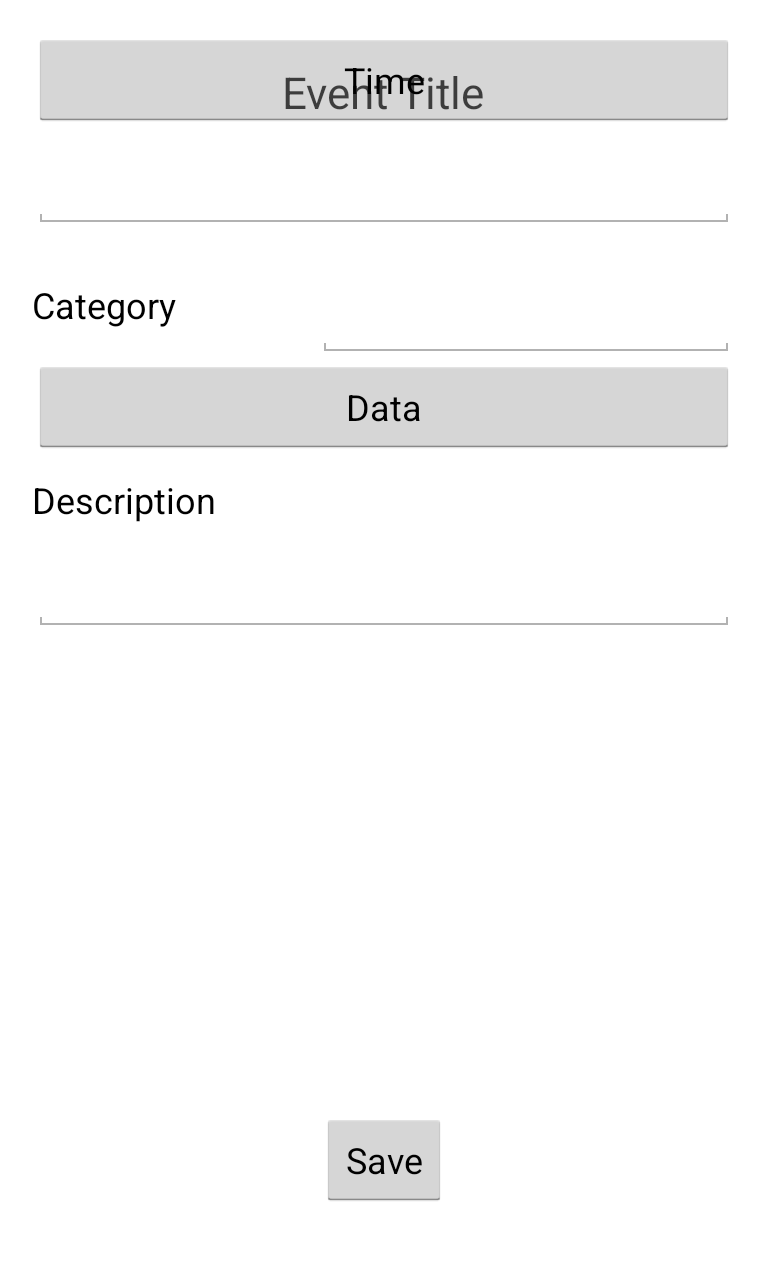
Repository: ctc8631/Android-dev
Layout: WorkDone/res/layout/activity_main.xml
An editor plug-in stored every save of this project. The layout is shown before and after the next save, followed by the edit.
It is drawn on a 768 x 1280 px phone screen (xhdpi) without system bars, with theme AppTheme; the app's code is not run.

Above is the layout before, as saved 2013-09-11 13:12:38.

After the next save:
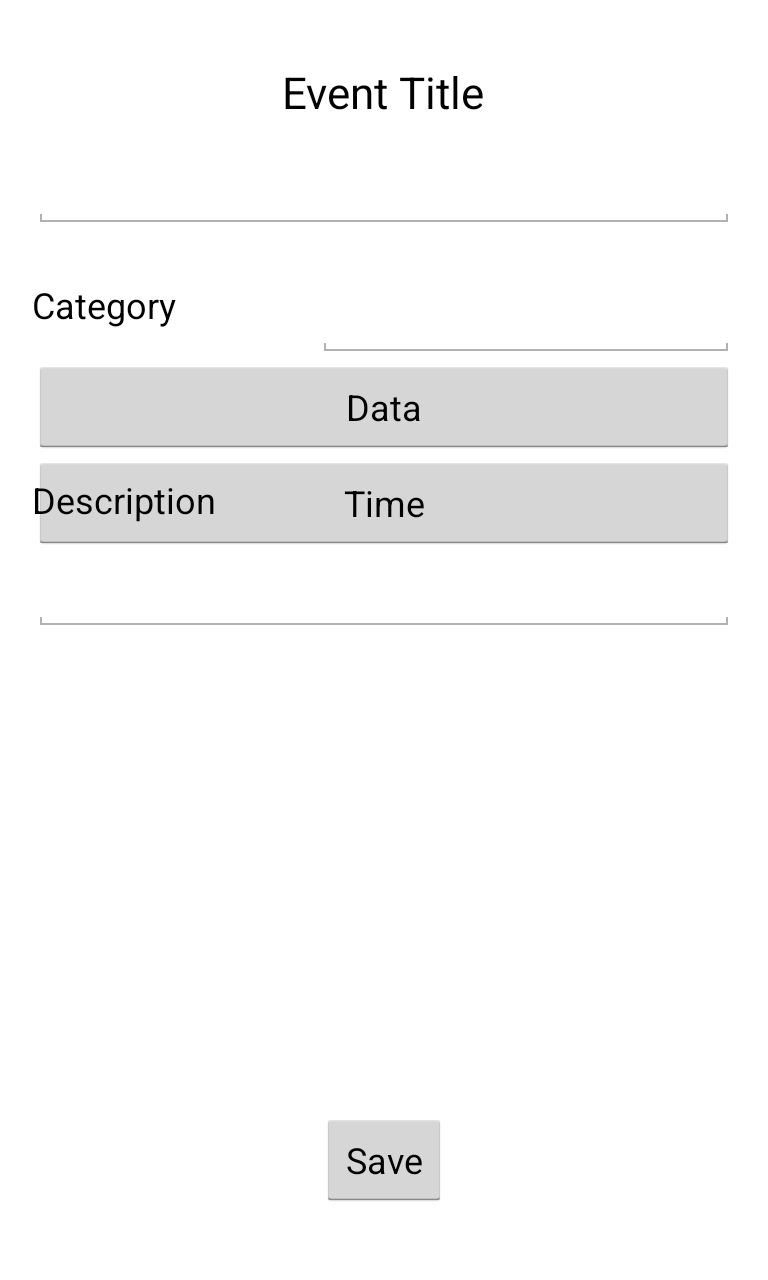
Saved 47 s later.
--- a/WorkDone/res/layout/activity_main.xml
+++ b/WorkDone/res/layout/activity_main.xml
@@ -62,7 +62,7 @@
 	    android:id="@+id/time"
 	    android:layout_width="fill_parent"
 	    android:layout_height="wrap_content"
-	    android:layout_below="@+id/time"
+	    android:layout_below="@+id/date"
 	    android:text="@string/event_time"
 	 	/>
 
